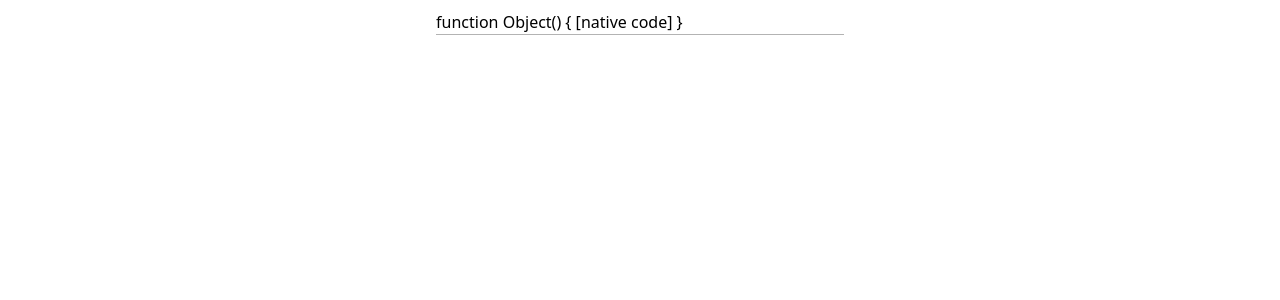
Repository: hamanaikumi/insta-app
Page: /Home
The author's editor kept a copy of each file at every save. The page is drawn from the files as they stood at one save, then again after the next save.
The browser window is 1280 px wide. The pictures show the whole page.
The page's requests for data from a server got no answer. Some web libraries are served in a nearby version. The project was rebuilt for these pictures with package versions that can differ from the ones it lists, and the page was loaded fresh each time. The framework's server and built-in components were replaced by stand-ins that run in the browser. No one was signed in, and anything a server would have sent is missing. Also part of the build but not shown: nuxt.config.js, components/AccountList.vue, components/CommentsModal.vue, components/DeleteFollow.vue, components/DeletePost.vue, components/Follow.vue, components/FooterComponet.vue, components/Header.vue and 11 more. Imported but missing from the stored project, and not drawn on this page: pages/components/CommentsModal.vue.

Above is the page before, as saved 2022-02-09 15:50:39.

After the next save:
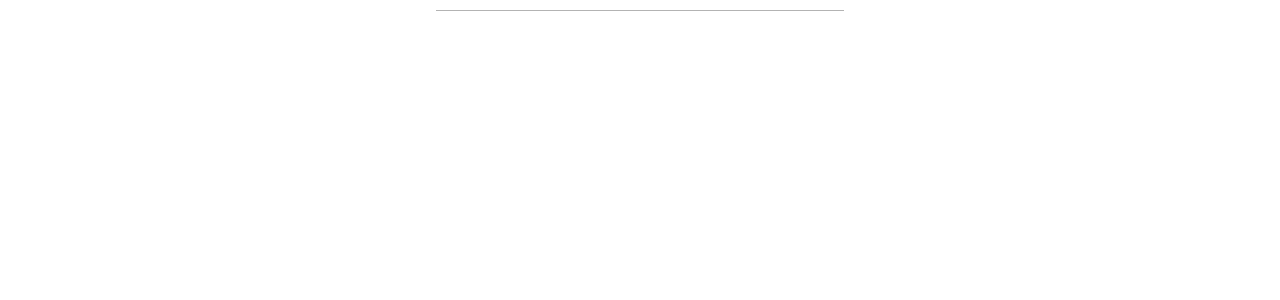
Saved 5 s later.
--- a/pages/Home.vue
+++ b/pages/Home.vue
@@ -1,7 +1,7 @@
 <template>
   <article>
     <div class="article-container">
-      {{ posts }}
+      {{ posts.postId }}
       <!-- <PostDetail></PostDetail> -->
     </div>
   </article>

After the save that followed:
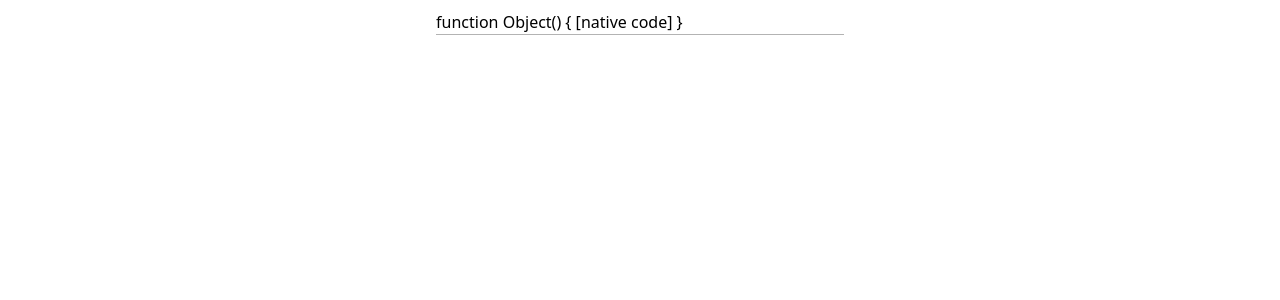
Saved 11 s later.
--- a/pages/Home.vue
+++ b/pages/Home.vue
@@ -1,7 +1,7 @@
 <template>
   <article>
     <div class="article-container">
-      {{ posts.postId }}
+      {{ posts }}
       <!-- <PostDetail></PostDetail> -->
     </div>
   </article>
